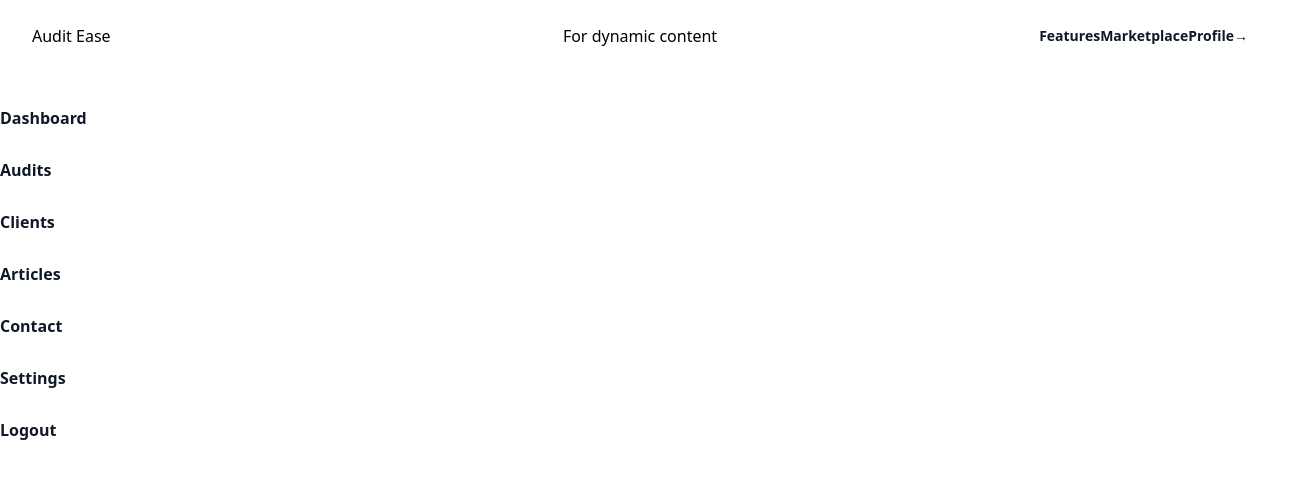
Repository: EclipticCode/Audit-Ease-FE
Page: /
The author's editor kept a copy of each file at every save. The page is drawn from the files as they stood at one save, then again after the next save.
The browser window is 1280 px wide. The page is 1292 px wide, so the pictures cover 1292 px, including what lies to the right of the window. The pictures show the whole page.
The project was rebuilt for these pictures with package versions that can differ from the ones it lists, and the page was loaded fresh each time. Also part of the build but not shown: vite.config.js, Login.jsx.

Above is the page before, as saved 2025-03-27 19:29:42.

### index.html
<!doctype html>
<html lang="en">
  <head>
    <meta charset="UTF-8" />
    <link rel="icon" type="image/svg+xml" href="" />
    <meta name="viewport" content="width=device-width, initial-scale=1.0" />
    <title>Audit Ease</title>
  </head>
  <body>
    <div id="root"></div>
    <script type="module" src="/src/main.jsx"></script>
  </body>
</html>

### src/main.jsx
import React from "react";
import ReactDOM from "react-dom/client";
import App from "./App";
import "./index.css"; // Ensure Tailwind styles are imported

ReactDOM.createRoot(document.getElementById("root")).render(
  <React.StrictMode>
    <App />
  </React.StrictMode>
);

### src/App.jsx
import React from 'react'
import Login from '../Login'
import Navbar from './Navbar'

const App = () => {
  return (
   <div>
      <Navbar/>
   </div>
  )
}

export default App

### src/index.css
@import url('https://fonts.googleapis.com/css2?family=Roboto:ital,wght@0,100..900;1,100..900&display=swap');

@import "tailwindcss";

@theme {
  --font-roboto: "Roboto", sans-serif;
  --font-weight-light: 300;
  --font-weight-normal: 400;
  --font-weight-medium: 500;
  --font-weight-semibold: 600;
  --font-weight-bold: 700;
  --color-soft-primary: #B2C4FB;
  --color-light-primary: #053ADA;
  --color-dark-primary: #032691;
  --color-deep-primary: #021655;
  --color-soft-seconday: #FFFFFF;
  --color-light-seconday: #B1B1B1;
  --color-dark-seconday: #263238;
  --color-deep-seconday: #000000;

}

### src/Navbar.jsx
import React from 'react'

const Navbar = () => {
  return (
    <div>
         <header className="bg-white">
      <nav aria-label="Global" className="mx-auto flex max-w-7xl items-center justify-between p-6 lg:px-8">
        <div className="flex lg:flex-1">
          <a href="#" className="-m-1.5 p-1.5">
            <span className="sr-only">Audit Ease</span>
            Audit Ease
          </a>
        </div>
        <div>
            For dynamic content
        </div>

        <div className="hidden lg:flex lg:flex-1 lg:justify-end">
        <a href="#" className="text-sm/6 font-semibold text-gray-900">
            Features
          </a>
          <a href="#" className="text-sm/6 font-semibold text-gray-900">
            Marketplace
          </a>
          <a href="#" className="text-sm/6 font-semibold text-gray-900">

          </a>
          <a href="#" className="text-sm/6 font-semibold text-gray-900">
            Profile<span aria-hidden="true">&rarr;</span>
          </a>
        </div>
      </nav>

        <div className="fixed inset-0 z-10" />
          <div className="mt-6 flow-root">
            <div className="-my-6 divide-y divide-gray-500/10">
              <div className="space-y-2 py-6">
                <a
                  href="#"
                  className="-mx-3 block rounded-lg px-3 py-2 text-base/7 font-semibold text-gray-900 hover:bg-gray-50"
                >
                  Dashboard
                </a>
                <a
                  href="#"
                  className="-mx-3 block rounded-lg px-3 py-2 text-base/7 font-semibold text-gray-900 hover:bg-gray-50"
                >
                  Audits
                </a>
                <a
                  href="#"
                  className="-mx-3 block rounded-lg px-3 py-2 text-base/7 font-semibold text-gray-900 hover:bg-gray-50"
                >
                  Clients
                </a>
                <a
                  href="#"
                  className="-mx-3 block rounded-lg px-3 py-2 text-base/7 font-semibold text-gray-900 hover:bg-gray-50"
                >
                  Articles
                </a>
                <a
                  href="#"
                  className="-mx-3 block rounded-lg px-3 py-2 text-base/7 font-semibold text-gray-900 hover:bg-gray-50"
                >
                  Contact
                </a>
                <a
                  href="#"
                  className="-mx-3 block rounded-lg px-3 py-2 text-base/7 font-semibold text-gray-900 hover:bg-gray-50"
                >
                  Settings
                </a>
                <a
                  href="#"
                  className="-mx-3 block rounded-lg px-3 py-2 text-base/7 font-semibold text-gray-900 hover:bg-gray-50"
                >
                  Logout
                </a>
              </div>
            </div>
          </div>

    </header>
    </div>
  )
}

export default Navbar

After the next save:
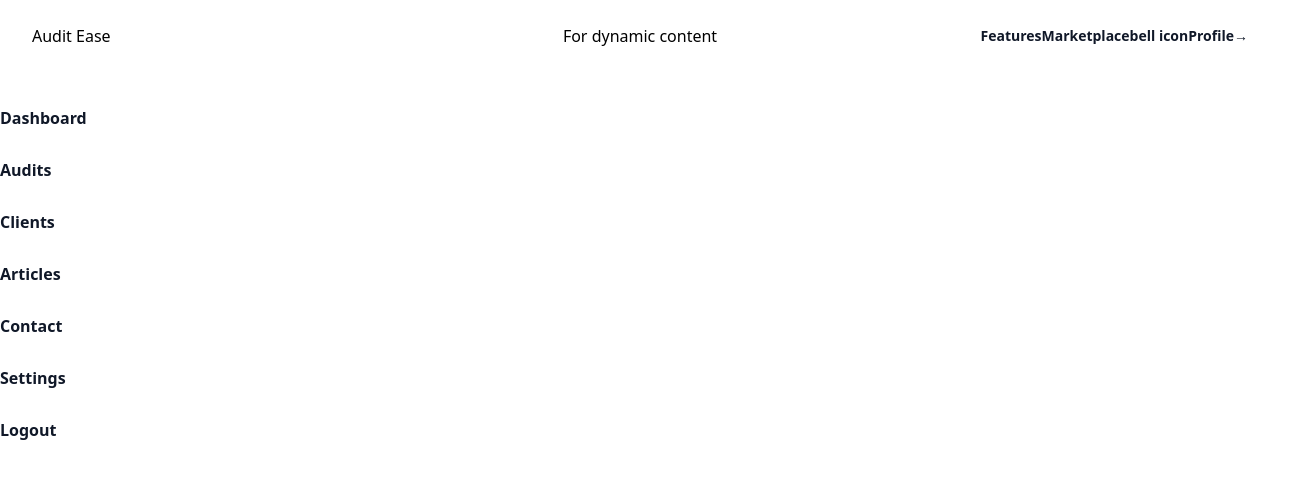
Saved 5 s later.
--- a/src/Navbar.jsx
+++ b/src/Navbar.jsx
@@ -23,7 +23,7 @@ const Navbar = () => {
             Marketplace
           </a>
           <a href="#" className="text-sm/6 font-semibold text-gray-900">
-
+            bell icon
           </a>
           <a href="#" className="text-sm/6 font-semibold text-gray-900">
             Profile<span aria-hidden="true">&rarr;</span>
